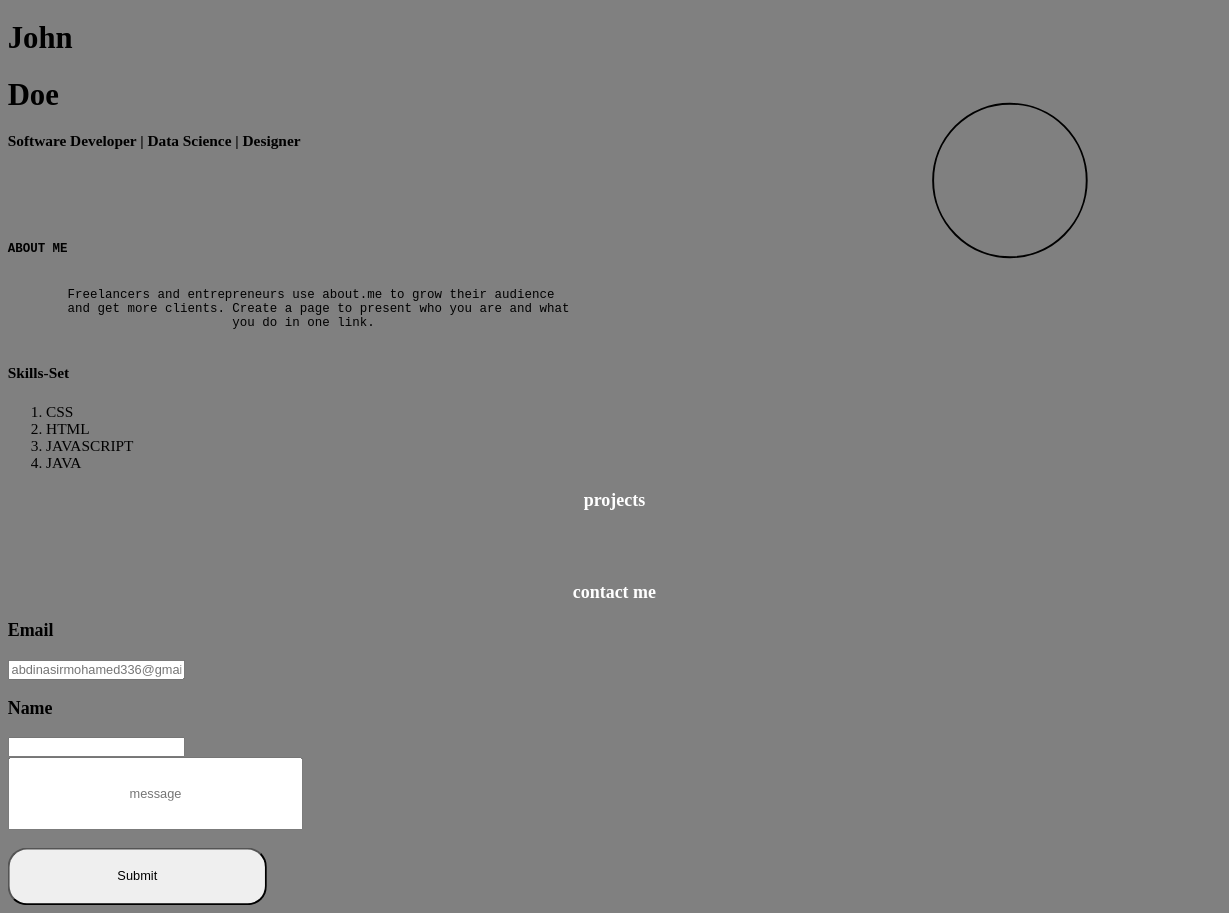
Repository: mrjayajay/week-1-code-challenges
Page: assignment/index.html
The author's editor kept a copy of each file at every save. The page is drawn from the files as they stood at one save, then again after the next save.
The browser window is 1280 px wide. The pictures show the whole page, at 96% of full size.

Above is the page before, as saved 2024-03-12 11:56:53.

After the next save:
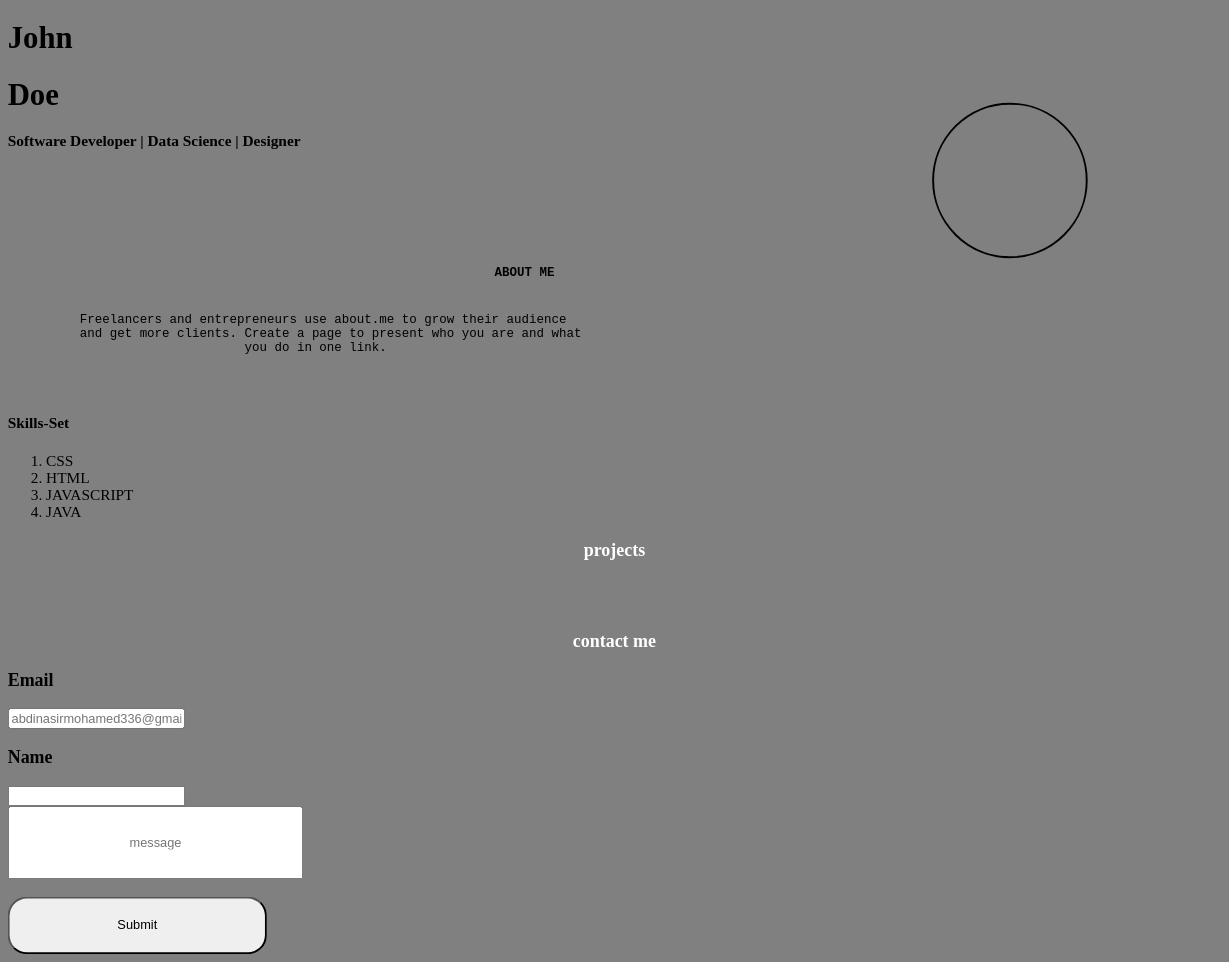
Saved 69 s later.
--- a/assignment/style.css
+++ b/assignment/style.css
@@ -46,5 +46,12 @@ text-align: left;
 }
 #brief{
     margin-top: 5%;
-
+    padding: 1%;
 }
+#head{
+    text-align: center;
+}
+.container1{
+    display: flex;
+    flex-direction: ;
+}
